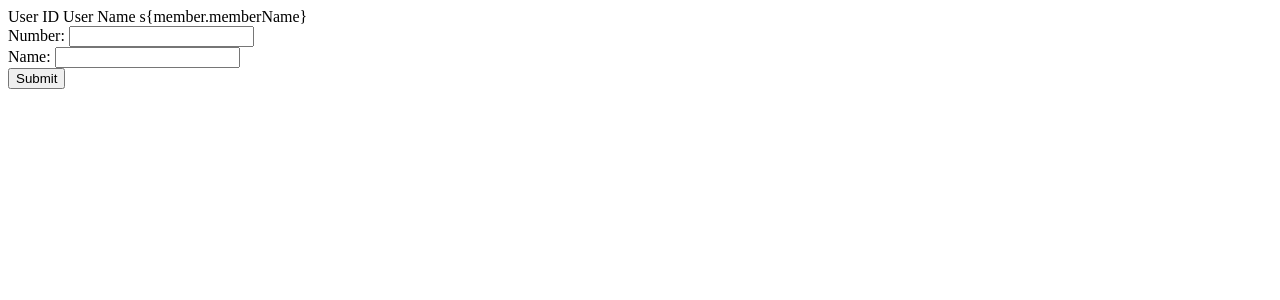
Repository: phileasFoggy22/PokeAPIAssessment
Page: http://localhost/pokeapi-pokemon/pages/Home.jsp
The author's editor kept a copy of each file at every save. The page is drawn from the files as they stood at one save, then again after the next save.
The browser window is 1280 px wide. The pictures show the whole page.
The page is served by Tomcat 9.

Above is the page before, as saved 2019-08-12 12:19:15.

After the next save:
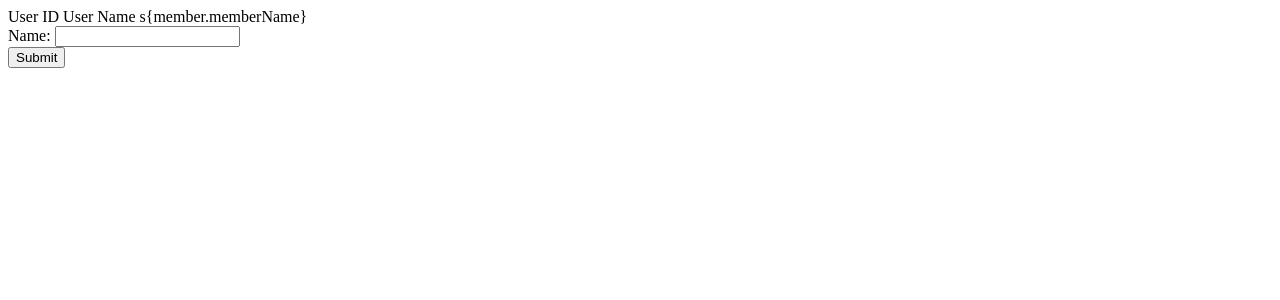
Saved 12 s later.
--- a/pokeapi-pokemon/src/main/webapp/pages/Home.jsp
+++ b/pokeapi-pokemon/src/main/webapp/pages/Home.jsp
@@ -11,7 +11,7 @@
 User Name s{member.memberName}
 
 <form action="addUser">
-Number: <input type="text" name="memberNumber"><br>
+
 Name: <input type="text" name="memberName"><br>
 <input type="submit">
 </form>

After the save that followed:
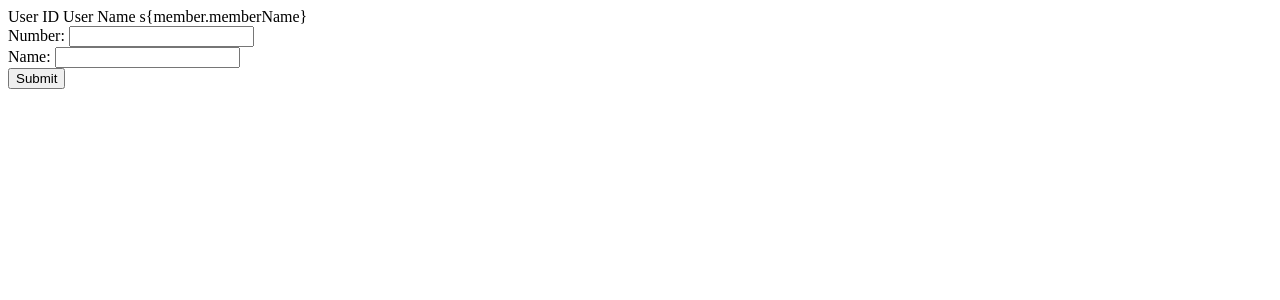
Saved 63 s later.
--- a/pokeapi-pokemon/src/main/webapp/pages/Home.jsp
+++ b/pokeapi-pokemon/src/main/webapp/pages/Home.jsp
@@ -11,7 +11,7 @@
 User Name s{member.memberName}
 
 <form action="addUser">
-
+Number: <input type="text" name="memberNumber"><br>
 Name: <input type="text" name="memberName"><br>
 <input type="submit">
 </form>
